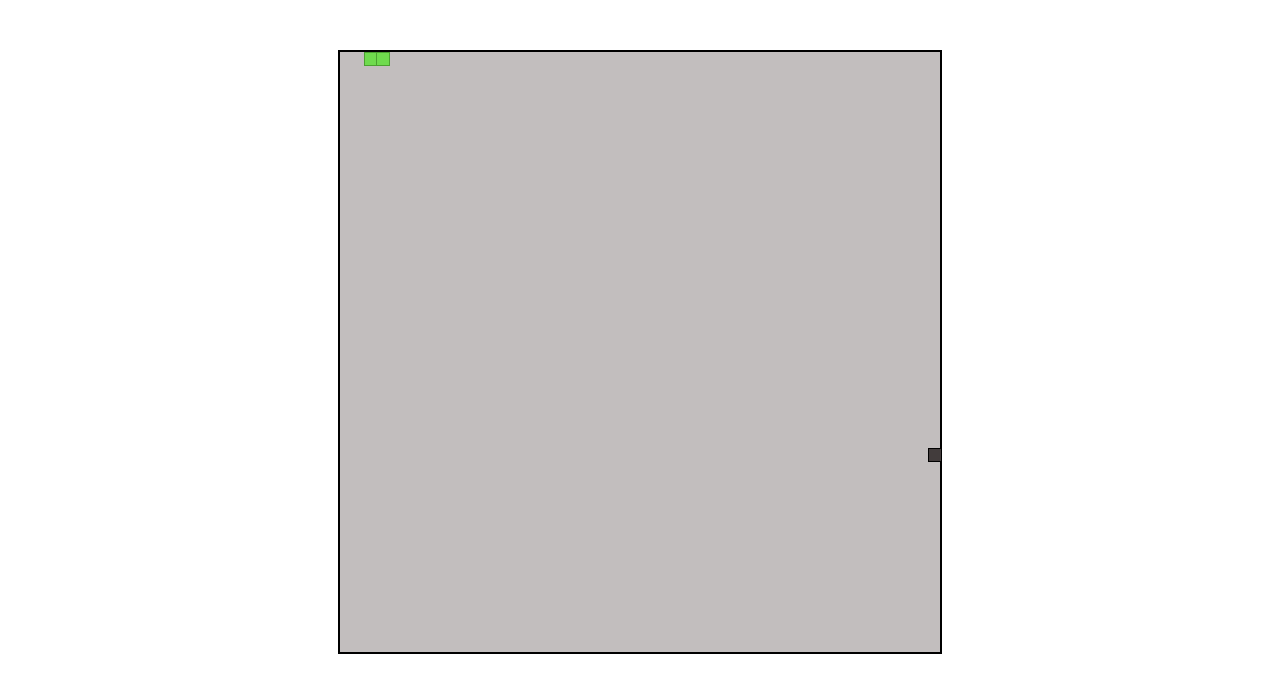
Repository: Krashgul/React_Snake_Game
Page: /
An editor plug-in stored every save of this project. The page is shown before and after the next save, followed by the edit.
The browser window is 1280 px wide. The pictures show the whole page.
The project was rebuilt for these pictures with package versions that can differ from the ones it lists, and the page was loaded fresh each time.

Above is the page before, as saved 2021-03-02 00:28:49.

### src/index.css
.game-area {
  position: relative;
  margin: 50px auto;
  width: 600px;
  height: 600px;
  background-color: rgb(194, 190, 190);
  border: 2px solid #000;
}

.snake-dot {
  position: absolute;
  width: 2%;
  height: 2%;
  background-color: rgb(111, 219, 78);
  border: 1px solid rgb(75, 161, 49);
  z-index: 2;
}

.snake-food {
  position: absolute;
  width: 2%;
  height: 2%;
  background: rgb(66, 60, 60);
  border: 1px solid #000;
  z-index: 1;
}

### src/App.js
import React, { Component } from 'react';
import Snake from './Snake';
import Food from './Food';

const getRandomCoordinates = () => {
  let min = 1;
  let max = 98;
  let x = Math.floor((Math.random()*(max-min+1)+min)/2)*2;
  let y =  Math.floor((Math.random()*(max-min+1)+min)/2)*2;
  return [x,y]
}

const initialState = {
  food: getRandomCoordinates(),
  speed: 50,
  direction: 'RIGHT',
  snakeDots: [
    [0,0],
    [2,0]
  ]
}

class App extends Component {

  state = initialState;

  componentDidMount() {
    setInterval(this.moveSnake, this.state.speed);
    document.onkeydown = this.onKeyDown;
  }

  componentDidUpdate() {
    this.checkIfOutOfBorders();
    this.checkIfCollapsed();
    this.checkIfEat();
  }

  onKeyDown = (e) => {
    e = e || window.event;
    switch (e.keyCode) {
      case 38:
        this.setState({direction: 'UP'});
        break;
      case 40:
        this.setState({direction: 'DOWN'});
        break;
      case 37:
        this.setState({direction: 'LEFT'});
        break;
      case 39:
        this.setState({direction: 'RIGHT'});
        break;
    }
  }

  moveSnake = () => {
    let dots = [...this.state.snakeDots];
    let head = dots[dots.length - 1];

    switch (this.state.direction) {
      case 'RIGHT':
        head = [head[0] + 2, head[1]];
        break;
      case 'LEFT':
        head = [head[0] - 2, head[1]];
        break;
      case 'DOWN':
        head = [head[0], head[1] + 2];
        break;
      case 'UP':
        head = [head[0], head[1] - 2];
        break;
    }
    dots.push(head);
    dots.shift();
    this.setState({
      snakeDots: dots
    })
  }

  checkIfOutOfBorders() {
    let head = this.state.snakeDots[this.state.snakeDots.length - 1];
    if (head[0] >= 100 || head[1] >= 100 || head[0] < 0 || head[1] < 0) {
      this.onGameOver();
    }
  }

  checkIfCollapsed() {
    let snake = [...this.state.snakeDots];
    let head = snake[snake.length - 1];
    snake.pop();
    snake.forEach(dot => {
      if (head[0] == dot[0] && head[1] == dot[1]) {
        this.onGameOver();
      }
    })
  }

  checkIfEat() {
    let head = this.state.snakeDots[this.state.snakeDots.length - 1];
    let food = this.state.food;
    if (head[0] == food[0] && head[1] == food[1]) {
      this.setState({
        food: getRandomCoordinates()
      })
      this.enlargeSnake();
      this.increaseSpeed();
    }
  }

  enlargeSnake() {
    let newSnake = [...this.state.snakeDots];
    newSnake.unshift([])
    this.setState({
      snakeDots: newSnake
    })
  }

  increaseSpeed() {
    if (this.state.speed > 10) {
      this.setState({
        speed: this.state.speed - 10
      })
    }
  }

  onGameOver() {
    alert(`Game Over. Snake length is ${this.state.snakeDots.length}`);
    this.setState(initialState)
  }

  render() {
    return (
      <div className="game-area">
        <Snake snakeDots={this.state.snakeDots}/>
        <Food dot={this.state.food}/>
      </div>
    );
  }
}

export default App;

### src/Snake.js
import React from 'react';

export default (props) => {
  return (
    <div>
      {props.snakeDots.map((dot, i) => {
        const style = {
          left: `${dot[0]}%`,
          top: `${dot[1]}%`
        }
        return (
          <div className="snake-dot" key={i} style={style}></div>
        )
      })}
    </div>
  )
}

Loaded but not shown: public/index.html (common file); src/index.js (common file); src/serviceWorker.js (common file); src/Food.js (common file)

After the next save:
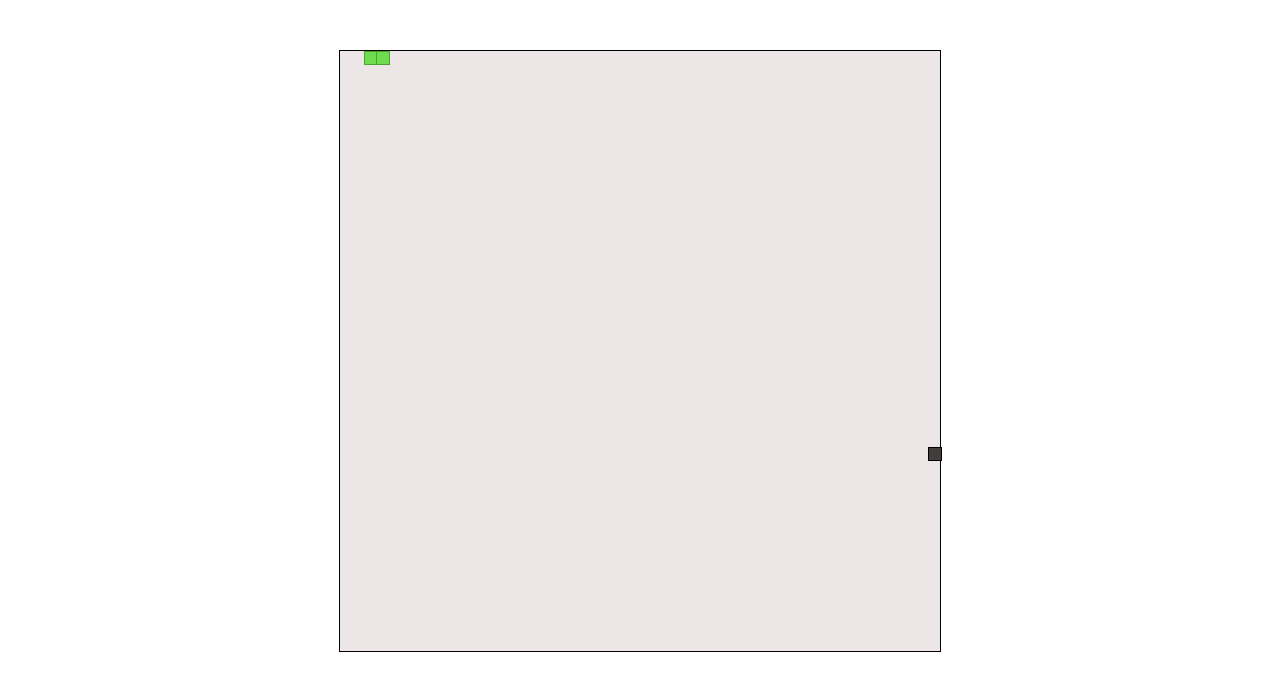
Saved 12 s later.
--- a/src/index.css
+++ b/src/index.css
@@ -3,8 +3,8 @@
   margin: 50px auto;
   width: 600px;
   height: 600px;
-  background-color: rgb(194, 190, 190);
-  border: 2px solid #000;
+  background-color: rgb(236, 230, 230);
+  border: 1px solid #000;
 }
 
 .snake-dot {
